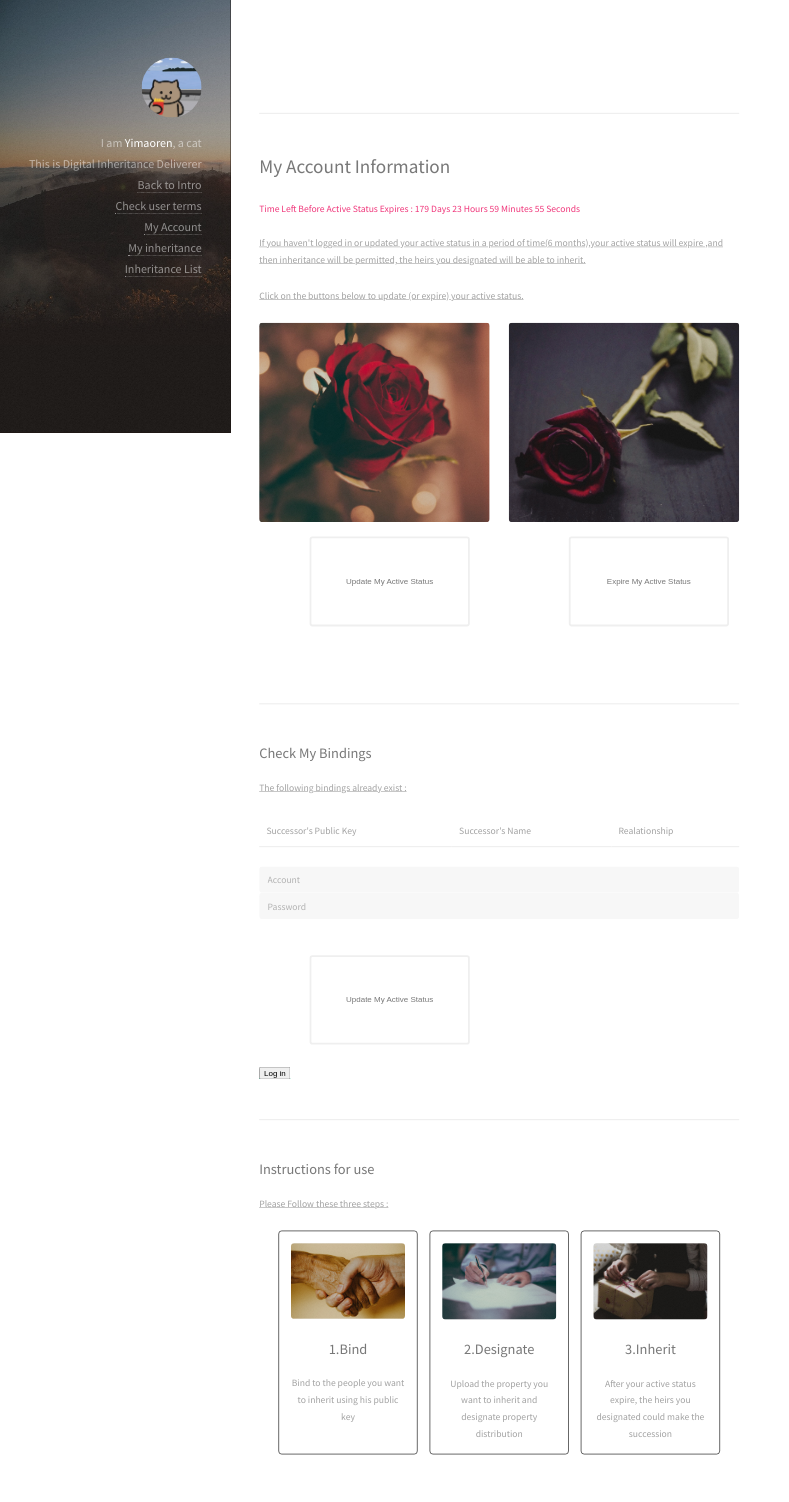
Repository: 1mocat/DID-blockchain-project
Page: Digital_I_D/app/src/myaccount.html
An editor plug-in stored every save of this project. The page is shown before and after the next save, followed by the edit.
The browser window is 1280 px wide. The page is 1315 px wide, so the pictures cover 1315 px, including what lies to the right of the window. The pictures show the whole page, at 60% of full size.

Above is the page before, as saved 2023-10-03 12:52:41.

### Digital_I_D/app/src/myaccount.html
<!DOCTYPE HTML>
<html>



<head>
	<title>Strata by HTML5 UP</title>
	<meta charset="utf-8" />
	<meta name="viewport" content="width=device-width, initial-scale=1, user-scalable=no" />
	<link rel="stylesheet" href="assets_account/css/main.css" />
	<style>
		#countdown {
			font-size: 16px;
			color: rgb(240, 55, 123);
		}

		.container {
			display: grid;
			/* 使用 grid 布局 */
			grid-template-columns: repeat(3, 1fr);
			/* 创建三列，均匀分布空间 */
			gap: 20px;
			/* 间隔大小 */
		}

		.box {
			padding: 20px;
			/* 内边距 */
			border: 1px solid #000;
			/* 边框样式 */
			text-align: center;
			/* 文本居中 */
		}

		.solid-line {
			border: none;
			border-top: 1px solid #000;
			/* 使用 dashed 边框样式和颜色 */
			margin: 0px;
			/* 设置上下间距 */
			height: 1px;
			/* 减小实线的高度 */
		}

		.content {
			padding: 20px;
		}

		.custom-button-left {
			margin-left: 100px;
			/* 添加右侧边距，根据需要调整间距大小 */
		}
		.custom-button-left {
			margin-right: 100px;
			/* 添加右侧边距，根据需要调整间距大小 */
		}
	</style>
</head>

<body class="is-preload">

	<!-- Header -->

	<header id="header">
		<div class="inner">
			<a href="#" class="image avatar"><img src="images/yimaoren.jpg" alt="" /></a>
			<h1>I am <strong>Yimaoren</strong>, a cat<br /></h1>
			<h1>This is Digital Inheritance Deliverer</h1>
			<h1><a href="index.html">Back to Intro</a></h1>
			<h1><a href="UserAgreement.html">Check user terms</a></h1>
			<h1><a href="myaccount.html">My Account</a></h1>
			<h1><a href="my_inher.html">My inheritance</a></h1>
			<h1><a href="inher_list.html">Inheritance List</a></h1>
		</div>
	</header>

	<!-- Main -->
	<div id="main">

		<!-- One -->
		<br>
		<section id="one" class="section-container">
			<header class="major">
				<h2>My Account Information</h2>
				<div id="countdown"></div>
				<script>
					// 目标日期：当前日期 + 30*6 天
					const targetDate = new Date();
					targetDate.setDate(targetDate.getDate() + 30 * 6);

					// 更新倒计时的函数
					function updateCountdown() {
						const currentDate = new Date();
						const timeDifference = targetDate - currentDate;

						if (timeDifference <= 0) {
							document.getElementById('countdown').innerHTML = '倒计时结束';
						} else {
							const days = Math.floor(timeDifference / (1000 * 60 * 60 * 24));
							const hours = Math.floor((timeDifference % (1000 * 60 * 60 * 24)) / (1000 * 60 * 60));
							const minutes = Math.floor((timeDifference % (1000 * 60 * 60)) / (1000 * 60));
							const seconds = Math.floor((timeDifference % (1000 * 60)) / 1000);

							const countdownText = `Time Left Before Active Status Expires : ${days} Days ${hours} Hours ${minutes} Minutes ${seconds} Seconds`;
							document.getElementById('countdown').innerHTML = countdownText;
						}
					}
					// 初始调用更新倒计时
					updateCountdown();
					// 每秒更新一次倒计时
					setInterval(updateCountdown, 1000);
				</script>
			</header>

			<p><br><u>If you haven't logged in or updated your active status in a period of time(6 months),your active
					status will expire ,and then inheritance will be permitted, the heirs you designated will be able to
					inherit.</u>
			</p>
			<p><u> Click on the buttons below to update (or expire) your active status. </u> </p>

			<div class="row">
				<article class="col-6 col-12-xsmall work-item">
					<a href="images/bloom.jpg" class="image fit thumb"><img src="images/bloom.jpg" alt="" /></a>
					<ul class="actions">
						<button onclick="" class="button custom-button-left">Update My Active Status</button>

					</ul>

				</article>
				<article class="col-6 col-12-xsmall work-item">
					<a href="images/wilt.jpg" class="image fit thumb"><img src="images/wilt.jpg" alt="" /></a>
					<button onclick="" class="button custom-button-left">Expire My Active Status</button>

				</article>
			</div>

		</section>
		<section id="two">

			<h2>Check My Bindings</h2>
			<p><u>The following bindings already exist :</u></p>
			<div class="table-margin">
				<table class="table table-bordered table-header">
					<thead>
						<tr>
							<td class="w15">Successor's Public Key</td>
							<td class="w15">Successor's Name</td>
							<td class="w15">Realationship</td>

						</tr>
					</thead>
					<tbody id="details"></tbody>
				</table>
				<form method="post" action="#">
					<div class="fields">
						<div class="field half"><input type="text" name="account" placeholder="Account" /></div>
						<div class="field half"><input type="text" name="password" placeholder="Password" /></div>

					</div>
					<br>

				</form>
				<ul class="actions">
					<button onclick="" class="button custom-button-left">Update My Active Status</button>

				</ul>
				<a href="UserAgreement.html">
					<button>Log in</button>
				</a>
			</div>

		</section>

		<!-- Three -->
		<section id="three">
			<h2>Instructions for use</h2>
			<p><u>Please Follow these three steps :</u></p>
			<div class="container">
				<div class="box">
					<a class="image fit"><img src="images/bind.jpg" title="Bind" alt="" /></a>
					<h2>1.Bind</h2>
					<p>Bind to the people you want to inherit using his public key</p>
				</div>
				<div class="box">
					<a class="image fit"><img src="images/assign.jpg" title="Designate" alt="" /></a>
					<h2>2.Designate</h2>
					<p>Upload the property you want to inherit and designate property distribution</p>
				</div>
				<div class="box">
					<a class="image fit"><img src="images/open.png" title="Inherit" alt="" /></a>
					<h2>3.Inherit</h2>
					<p>After your active status expire, the heirs you designated could make the succession</p>
				</div>
			</div>
		</section>



	</div>



	<!-- Scripts -->
	<script src="assets_account/js/jquery.min.js"></script>
	<script src="assets_account/js/jquery.poptrox.min.js"></script>
	<script src="assets_account/js/browser.min.js"></script>
	<script src="assets_account/js/breakpoints.min.js"></script>
	<script src="assets_account/js/util.js"></script>
	<script src="assets_account/js/main.js"></script>




</body>

</html>

Loaded but not shown: Digital_I_D/app/src/assets_account/css/fontawesome-all.min.css (library); Digital_I_D/app/src/assets_account/js/jquery.min.js (library); Digital_I_D/app/src/assets_account/js/jquery.poptrox.min.js (library); Digital_I_D/app/src/assets_account/js/browser.min.js (common file); Digital_I_D/app/src/assets_account/js/breakpoints.min.js (common file); Digital_I_D/app/src/assets_account/js/util.js (587 lines, source omitted); Digital_I_D/app/src/assets_account/js/main.js (117 lines, source omitted); Digital_I_D/app/src/assets_account/css/main.css (3221 lines, source omitted)

After the next save:
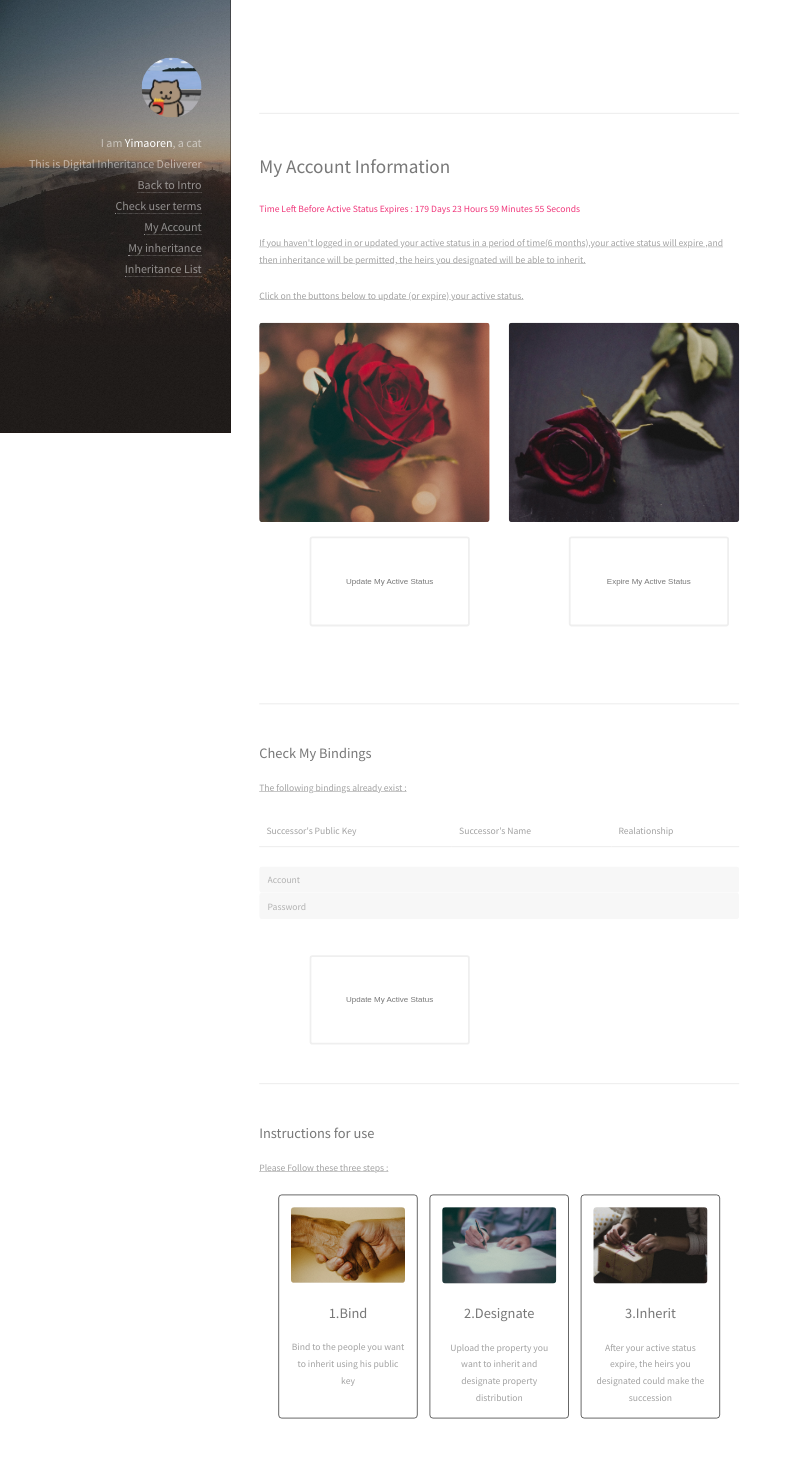
Saved 14 s later.
--- a/Digital_I_D/app/src/myaccount.html
+++ b/Digital_I_D/app/src/myaccount.html
@@ -164,9 +164,7 @@
 					<button onclick="" class="button custom-button-left">Update My Active Status</button>
 
 				</ul>
-				<a href="UserAgreement.html">
-					<button>Log in</button>
-				</a>
+
 			</div>
 
 		</section>
